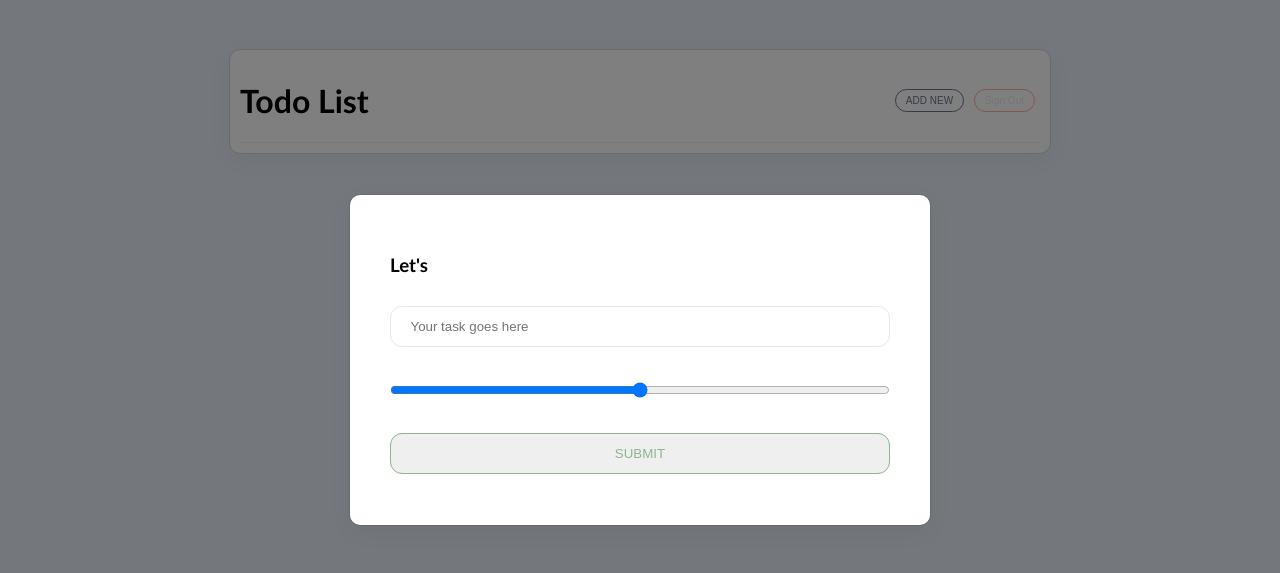
Repository: mosesvk/_todo
Page: / (app in client/)
The author's editor kept a copy of each file at every save. The page is drawn from the files as they stood at one save, then again after the next save.
The browser window is 1280 px wide. The pictures show the whole page.
The page's requests for data from a server got no answer. The project was rebuilt for these pictures with package versions that can differ from the ones it lists, and the page was loaded fresh each time. No one was signed in, and anything a server would have sent is missing. Also part of the build but not shown: client/vite.config.js, client/src/components/ProgressBar.jsx, client/src/components/ListItem.jsx. Imported but missing from the stored project, and not drawn on this page: client/src/components/TickIcon.

Above is the page before, as saved 2023-05-02 22:27:59.

### client/src/App.jsx
import { useState, useEffect } from 'react'
import ListHeader from './components/ListHeader'
import ListItem from './components/ListItem'

const App = () => {
  const userEmail = 'test@test.com'
  const [tasks, setTasks] = useState(null)

  const getData = async () => {

    try {
      const response = await fetch(`http://localhost:8000/todos/${userEmail}`)
      const json = await response.json()
      setTasks(json)
    } catch (err) {
      console.error(err)
    }
  }

  useEffect(() => {
    getData()
  }, [])

  // console.log(tasks)

  const sortedTasks = tasks?.sort((a, b) => new Date(a.date) - new Date(b.date))

  return (
    <div className='app'>
      <ListHeader listName='Todo List' />
      {sortedTasks?.map((task) => <ListItem key={task.id} task={task} />)}
    </div>
  )
}

export default App

### client/src/index.css
body {
  margin: 0;
  padding: 0;
  background-color: #e9f1f9;
  display: flex;
  justify-content: center;
  font-family: 'Trebuchet MS', Arial, sans-serif;
}

.app {
  background-color: #ffffff;
  box-shadow: #0000000d 0 6px 24px, #00000014 0 0 0 1px;
  border-radius: 10px;
  padding: 10px;
  width: 800px;
  margin: 50px;
}

.button-container,
.info-container {
  display: flex;
  align-items: center;
}

.button-container button {
  margin: 0 5px;
  padding: 5px 10px;
  font-size: 10px;
  border-radius: 12px;
  background-color: transparent;
  cursor: pointer;
}


.edit {
    border: 1.5px solid #8db591;
    color: #8db591;
    text-transform: uppercase;
}

.edit:hover {
    background-color: #b6dfba;
}

.edit:active {
    border: 1.5px solid rgb(141, 181, 145);
    color: rgb(255, 255, 255);
    background-color: rgb(141, 181, 145);
}

.delete {
    border: 1.5px solid rgb(255, 175, 163);
    color: rgb(255, 175, 163);
    text-transform: uppercase;
}

.delete:hover {
    background-color: rgb(255, 201, 193);
}

.delete:active {
    background-color: rgb(255, 175, 163);
    color: rgb(255, 255, 255);
}

.create {
    border: 1.5px solid rgb(108, 115, 148);
    color: rgb(108, 115, 148);
    text-transform: uppercase;
}

.create:hover {
    background-color: rgb(131, 138, 172);
}

.create:active {
    background-color: rgb(108, 115, 148);
    color: rgb(255, 255, 255);
}

.signout {
    border: 1.5px solid rgb(255, 175, 163);
    background-color: rgb(255, 175, 163);
    color: rgb(234, 234, 234);
}

.signout:hover {
    background-color: rgb(175, 94 , 94) !important;
    border: 1.5px solid rgb(175, 94, 94);
}

.signout:active {
    border: 1.5px solid rgb(175, 81, 81);
    background-color: 1.5px solid rgb(175, 81, 81);
    color: rgb(255, 255, 255)
}


input {
    margin: 11px 0;
    padding: 12px 16px;
    border-radius: 12px;
    border: 1.5px solid rgb(230, 232, 236)
}


/* List Header  */

.list-header {
  width: 100%;
  display: flex;
  justify-content: space-between;
  border-bottom: #0000000d 1px solid;
}

.list-item {
  width: 100%;
  margin: 10px 0;
  border-radius: 10px;
  box-shadow: #00000014 0 0 0 1px;
  display: flex;
  justify-content: space-between;
}

.check {
  stroke: '#5dac83' !important;
  margin-right: 10px;
}


/* Modal  */

.overlay {
    position: absolute;
    left: 0;
    top: 0;
    width: 100vw;
    height: 100vh;
    background-color: rgba(0, 0, 0, 0.5);
    display: flex;
    justify-content: center;
    align-items: center;
}

.modal {
    width: 500px;
    background-color: rgb(255, 255, 255);
    padding: 40px;
    border-radius: 10px;
    box-shadow: rgba(0, 0, 0, 0.05) 0 6px 24px 0, rgba(0, 0, 0, 0.08) 0 0 0 1px;
}

.modal .form-title-container {
    display: flex;
    justify-content: space-between;
}

.modal .form-title-container button {
    border: none;
    background-color: transparent;
}

.modal .form-title-container button:active {
    color: rgb(255, 50, 50)
}

.modal form {
    display: flex;
    flex-direction: column;
}

.modal label {
    font-size: 13px
}

### client/src/components/ListHeader.jsx
import React from 'react'
import Modal from './Modal'

const ListHeader = ({listName}) => {

  const signOut = () => {
    console.log('signout')
  }

  return (
    <div className='list-header'>
      <h1>{listName}</h1>
      <div className="button-container">
        <button className="create">Add New</button>
        <button className="signout" onClick={signOut}>Sign Out</button>
      </div>
      <Modal />
    </div>
  )
}

export default ListHeader

### client/src/components/Modal.jsx
import React from 'react'

const Modal = () => {

  const handleChange = () => {
    console.log('Changing...')
  }

  return (
    <div className='overlay'>
      <div className='modal'>
        <div className='form-title-container'>
          <h3>Let's</h3>
        </div>

        <form>
        <input
          required
          maxLength={30}
          placeholder=' Your task goes here'
          name='title'
          value={''}
          onChange={handleChange}
        />
        <input
         required
         type='range'
         min='0'
         max='100'
         name='progress'
         value={''}
         onChange={handleChange}
        />
        <input className='edit' type='submit' />
      </form>
      </div>


    </div>
  )
}

export default Modal

Loaded but not shown: client/index.html (common file); client/src/main.jsx (common file)

After the next save:
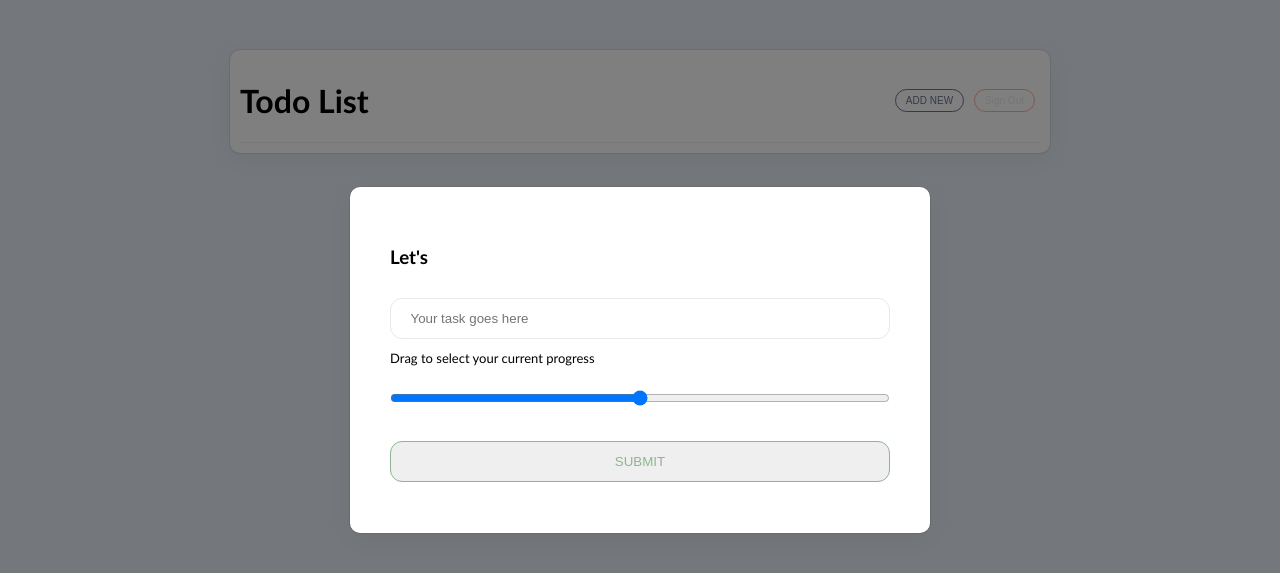
Saved 51 s later.
--- a/client/src/components/Modal.jsx
+++ b/client/src/components/Modal.jsx
@@ -22,8 +22,10 @@ const Modal = () => {
           value={''}
           onChange={handleChange}
         />
+        <label>Drag to select your current progress</label>
         <input
          required
+         id='range'
          type='range'
          min='0'
          max='100'
